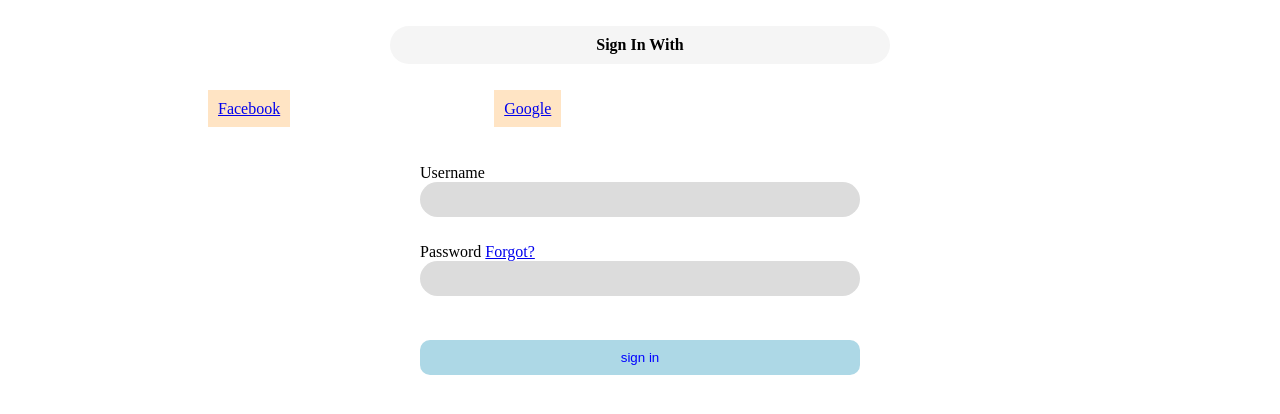
Repository: Tobby004/bdc-assignment-2
Page: index.html
An editor plug-in stored every save of this project. The page is shown before and after the next save, followed by the edit.
The browser window is 1280 px wide. The pictures show the whole page.

Above is the page before, as saved 2023-02-11 07:12:40.

### index.html
<!DOCTYPE html>
<html lang="en">
<head>
    <meta charset="UTF-8">
    <meta http-equiv="X-UA-Compatible" content="IE=edge">
    <meta name="viewport" content="width=<device-width>, initial-scale=1.0">
    <title>Document</title>
    <link rel="stylesheet" href="task.css">
</head>
<body>
    <header>
    <div class="box-container">
        <div class="box1">
        <br>
            <b>
             Sign In With
            </b>
        <br>
        <br>
        <a href="#">
            Facebook</a>
            <a href="#">
                Google
            </a>
        </div>
            </div>
        </header>


        <div class="form-input">
        <p>Username
            <br>
            <input type="text" placeholder="" />
        </p>
         <p>Password
            <a href="#">Forgot?</a>
            <br>
            <input type="password" />
         </p>
         <br>
         <button>sign in</button>
        </div>

</body>
</html>

### task.css
*{
    box-sizing:border-box;
}
header b {
    background-color:whitesmoke ;
    display: flex;
    padding: 10px;
    border-radius: 40px;
    margin-right: auto;
    margin-left: auto;
    max-width: 500px;
    justify-content: center;
}
header a {
    padding: 10px;
    display: flexbox;
    background-color: bisque;
    margin-left: 200px;

    max-width: 500px
}
.form-input{
    display: block;
    max-width: 500px;
    height: 10px;
    padding: 30px;
    margin-left: auto;
    margin-right: auto;
}
input {
    background-color: gainsboro;
    display: flexbox;
    padding: 10px;
    width: 100%;
    border: none;

    border-radius: 30px;
    margin-bottom: 10px;
}
button {
    display: block;
    padding: 10px;
    width: 100%;
    border: none;
    color: blue;
    border-radius: 10px;
    background: lightblue;
}

After the next save:
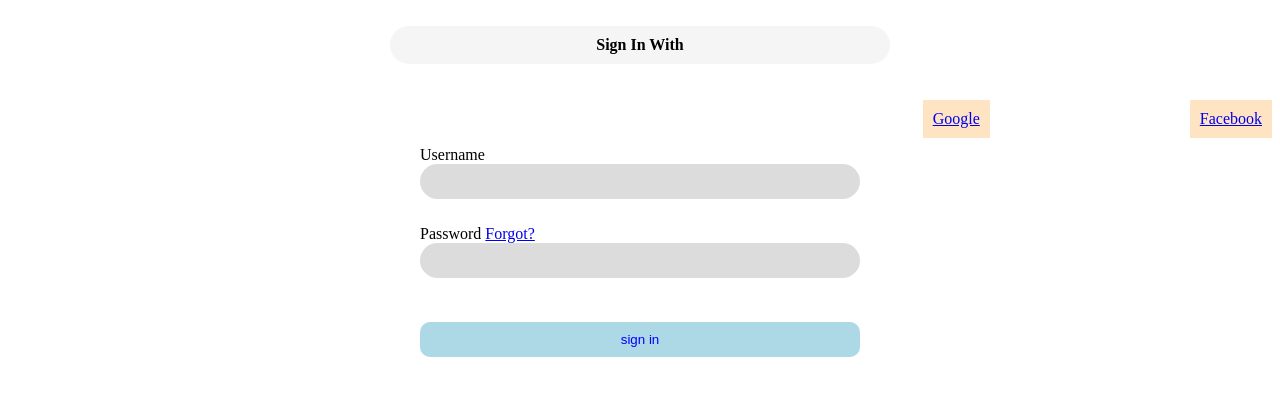
Saved 85 s later.
--- a/task.css
+++ b/task.css
@@ -16,7 +16,7 @@ header a {
     display: flexbox;
     background-color: bisque;
     margin-left: 200px;
-
+    float: inline-end;
     max-width: 500px
 }
 .form-input{
